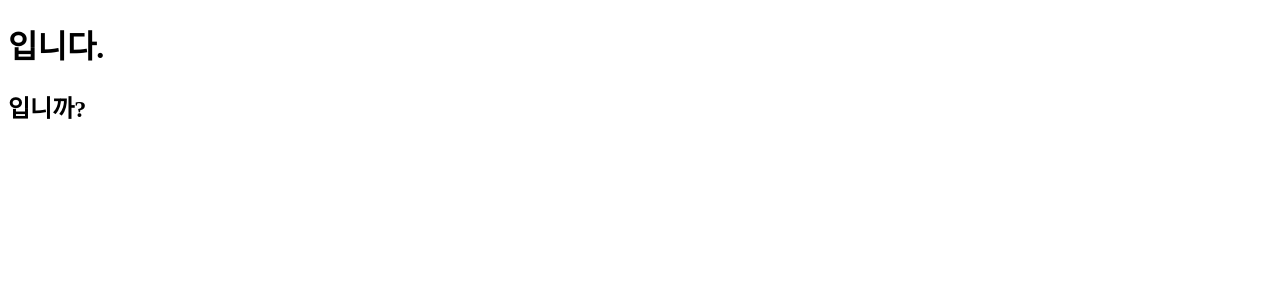
Repository: rnqhstjr12/Study_Html
Page: webTest1/src/main/webapp/NewFile.html
These files come from the project's save history. The page is drawn as it stood at one moment and after the next save; the edit follows.
The browser window is 1280 px wide. The pictures show the whole page.

Above is the page before, as saved 2023-09-18 08:33:15.

After the next save:
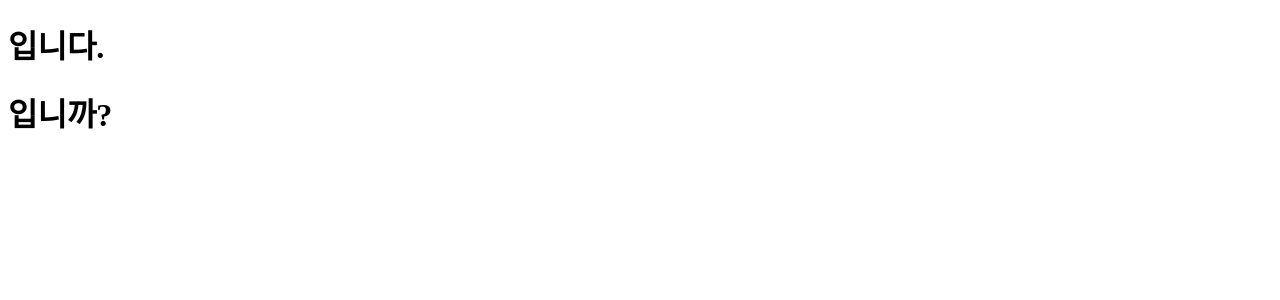
Saved 13 s later.
--- a/webTest1/src/main/webapp/NewFile.html
+++ b/webTest1/src/main/webapp/NewFile.html
@@ -6,6 +6,6 @@
 </head>
 <body>
 	<h1>입니다.</h1>
-	<h2>입니까?</h2>
+	<h1>입니까?</h1>
 </body>
 </html>
